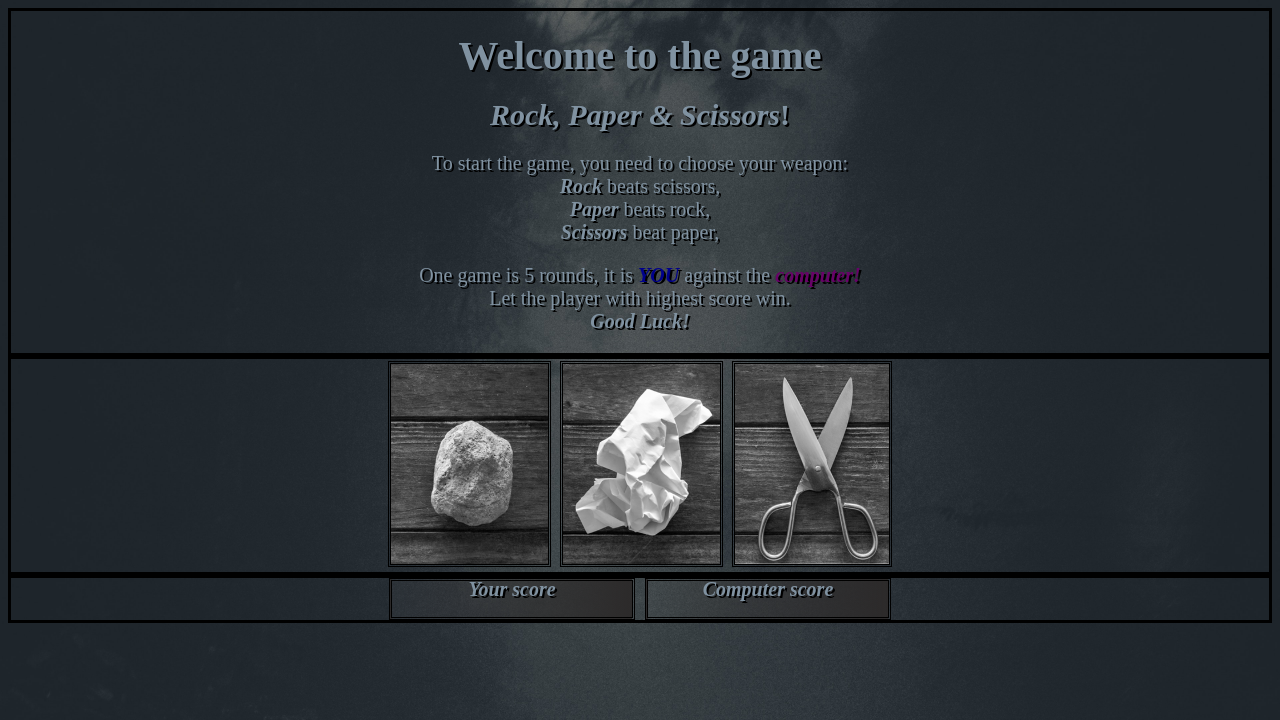
Repository: agneta1991/rock-paper-scissors
Page: Desktop/coding/index.html
These files come from the project's save history. The page is drawn as it stood at one moment and after the next save; the edit follows.
The browser window is 1280 px wide. The pictures show the whole page.

Above is the page before, as saved 2023-03-03 08:22:26.

After the next save:
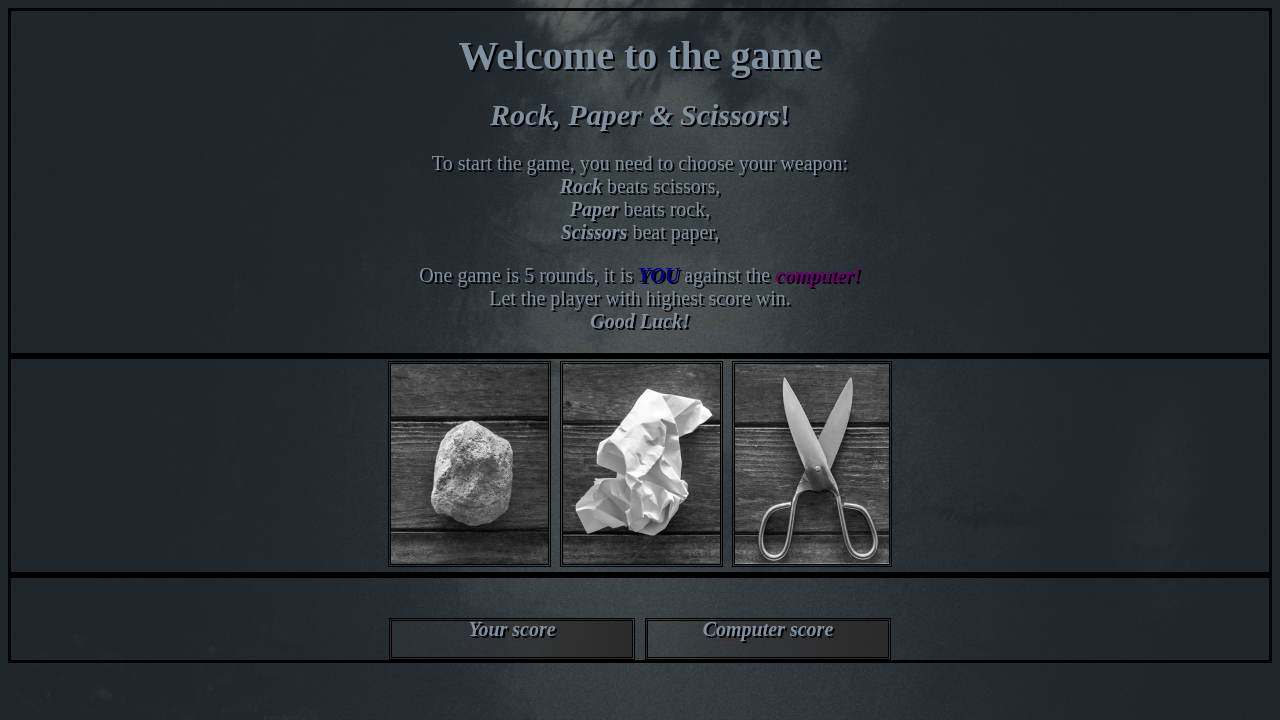
Saved 50 s later.
--- a/Desktop/coding/index.html
+++ b/Desktop/coding/index.html
@@ -28,7 +28,7 @@
         </div>
     </div>
     <div class="container3">
-        <div id="displayed"></div>
+        <div class="displayed"></div>
         <div class="score">
             <div class="playerScore"><span>Your score<span></span>
             <p class="displayedPlayerScore"></p></div>

After the save that followed:
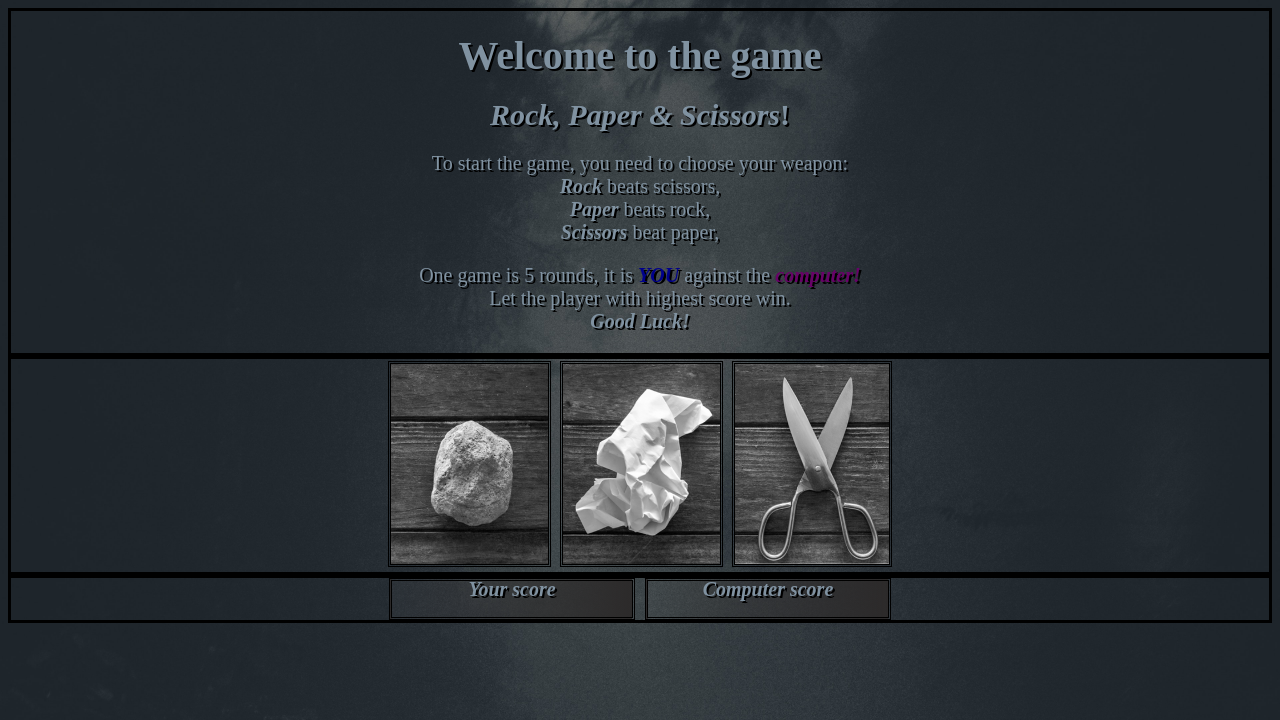
Saved 115 s later.
--- a/Desktop/coding/index.html
+++ b/Desktop/coding/index.html
@@ -28,7 +28,7 @@
         </div>
     </div>
     <div class="container3">
-        <div class="displayed"></div>
+        <div id="displayed"></div>
         <div class="score">
             <div class="playerScore"><span>Your score<span></span>
             <p class="displayedPlayerScore"></p></div>
